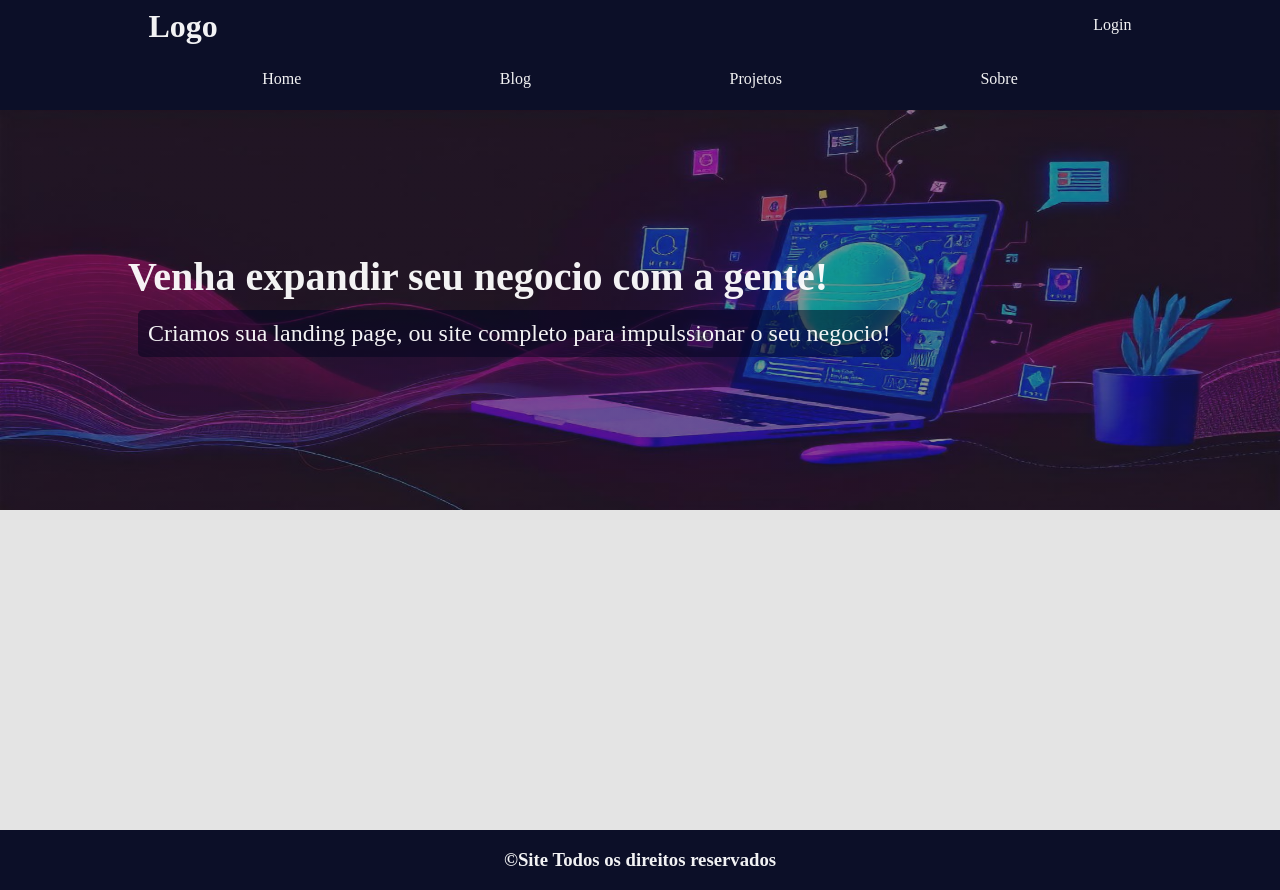
Repository: SauloMorais01/mysitefront-end
Page: index.html
These files come from the project's save history. The page is drawn as it stood at one moment and after the next save; the edit follows.
The browser window is 1280 px wide. The pictures show the whole page.
Some web libraries are served in a nearby version.

Above is the page before, as saved 2024-11-02 14:38:00.

### index.html
<!DOCTYPE html>
<html lang="pt-br">
<head>
    <meta charset="UTF-8">
    <meta name="viewport" content="width=device-width, initial-scale=1.0">
    <title>Titulo - status</title>
    <link rel="stylesheet" href="./src/css/style.css">
    <script src="./src/js/utils.js"></script>
    <script src="https://kit.fontawesome.com/0869671a59.js" crossorigin="anonymous"></script>
</head>
<body>
    <header class="primary-color hd-color-white">
        <div class="container">
            <div class="top-box flex">
                <div class="logo">
                    <a class="hd-color-white" href="/"><h1>Logo</h1></a>
                </div>
                <div class="login">
                    <a class="hd-color-white" href="/">Login</a>
                </div>
                <div class="hover-btn" id="hover-btn">
                    <i class="fa-solid fa-bars"></i>
                </div>
            </div>
        </div>
    </header>

    <section id="menu" class="sticky-top primary-color hd-color-white">
            <div class="container center">
                <a href="/">Home</a>
                <a href="./src/pages/blog.html">Blog</a>
                <a href="/">Projetos</a>
                <a href="/">Sobre</a>
            </div>
    </section>

    <section id="modal-mobile-menu" class="modal-mobile-menu hidden">
        <div class="container center">
            <div class="modal-div">
                <a class="hd-color-white" href="/">Home</a>
            </div>
            <div class="modal-div">
                <a class="hd-color-white" href="./src/pages/blog.html">Blog</a>
            </div>
           <div class="modal-div">
                <a class="hd-color-white" href="/">Projetos</a>
           </div>
            <div class="modal-div">
                <a class="hd-color-white" href="/">Sobre</a>
            </div>
        </div>
    </section>

    <main>
        <section class="info-top">
            <div class="container hd-color-white">
                <div class="info-top-top">
                    <h1>Venha expandir seu negocio com a gente!</h1>
                </div>
                <div class="info-top-p">
                    <p>Criamos sua landing page, ou site completo para impulssionar o seu negocio!</p>
                </div>
            </div>
        </section>

    </main>

    <footer class="primary-color center">
        <h3 class="hd-color-white">&copy;<strong>Site</strong> Todos os direitos reservados</h3>
    </footer>


    <script src="./src/js/main.js"></script>

    <script>
        app.update();
    </script>
</body>
</html>

### src/css/style.css
/* Primary configs */
:root {
    /* Colors */
    /* Bases */
    --primary-color: 234, 94%, 6%,;
    --secondary-color: 184, 86%, 66%,;
    --body-color: 0, 0%, 89%,;
    --white-color: 0, 0%, 100%,;
    --black-color: 0, 0%, 0%,;
    /* End Bases */

    /* Variations colors */
    --primary-color-normal: hsla(var(--primary-color) 0.95);
    --primary-color-medium: hsla(var(--primary-color) 0.5);
    --primary-color-light: hsla(var(--primary-color) 0.250);

    --secondary-color-normal: hsla(var(--secondary-color) 0.95);
    --secondary-color-medium: hsla(var(--secondary-color) 0.5);
    --secondary-color-light: hsla(var(--secondary-color) 0.250);

    --body-color-normal: hsla(var(--body-color) 0.95);
    --body-color-medium: hsla(var(--body-color) 0.5);
    --body-color-light: hsla(var(--body-color) 0.250);

    --black-color-normal: hsla(var(--black-color) 0.95);
    --black-color-medium: hsla(var(--black-color) 0.5);
    --black-color-light: hsla(var(--black-color) 0.250);

    --white-color-normal: hsla(var(--white-color) 0.95);
    --white-color-medium: hsla(var(--white-color) 0.5);
    --white-color-light: hsla(var(--white-color) 0.250);
    /* End variations colors */
    /* End Colors */

    /* Conf Sizes */
    --container-larger-l: 80%;
    --container-larger-m: 80%;
    --container-larger-s: 80%;
    --container-tablet: 90%;
    --container-small-d: 95%;
    --grid-width: 20%;
    --grid-height: 20%;
    /* End conf Sizes */
}

/* Global */
* {
    box-sizing: border-box;
    margin: 0;
    padding: 0;
}
/* End global */

/* pagina */
body {
    background: var(--body-color-normal);
}

a {
    list-style: none;
    text-decoration: none;
}


main {
    height: 100vh;
}

footer {
    height: 60px;
}

footer h3 {
    padding-top: 1.2rem;
}

.modal-mobile-menu {
    height: 90vh;
    width: 90vw;
    padding-top: 20px;
    /* background: var(--white-color-normal); */
    background-image: linear-gradient(180deg, #303657, #444963);
    position: absolute;
    top: 5%;
    right: 5%;
    z-index: 1000;
    border-radius: 10px;
    border: 5px solid var(--secondary-color-normal);
    display: flex;
    flex-direction: row;
    justify-content: space-between;
}

.modal-div {
    background: var(--primary-color-light);
    margin: 10px 2.5%;
    padding: 10px;
    border-radius: 5px;
}

.modal-mobile-menu a {
    font-family: Impact, Haettenschweiler, 'Arial Narrow Bold', sans-serif;
    position: relative;
}

.menuAnimation {
    animation-duration: 0.25s;
    animation-name: menuAnim;
}

.menuAnimationRev {
    animation-duration: 0.25s;
    animation-name: menuAnimReverse;
}

/* Animation */
@keyframes menuAnim {
    from {
        right: -100%;
      }

      to {
        right: 5%;
      }
}

@keyframes menuAnimReverse {
    from {
        right: 5%;
      }

      to {
        right: -100%;
      }
}

/* end pagina */

/* Utils */
.flex {
    display: flex;
}

.sticky-top {
    position: sticky;
    top: 0;
}

.center {
    text-align: center;
}

.right {
    text-align: right;
}

.left {
    text-align: left;
}

.grid-temp {
    width: var(--grid-width); height: var(--grid-height);
    display: grid;
    grid-template-columns: repeat(4, 1fr);
    grid-template-rows: repeat(4, 1fr);
}

.primary-color{
    background: var(--primary-color-normal);
}

.secondary-color{
    background: var(--secondary-color-normal);
}

.hd-color-black {
    color: var(--black-color-normal);
}

.hd-color-white {
    color: var(--white-color-normal);
}

.hidden {
    display: none;
}
/* End utils */



/* Responsividade */
@media (max-width: 575.99px) {
    .container {
        margin: 0 auto;
        width: var(--container-small-d);
    }

    header {
        height: 40px;
    }

    #menu {
        height: 40px;
        display:none;
    }

    #menu a {
        color: var(--white-color-normal);
        margin: 5px 2%;
        padding: 10px 5%;
    }

    #menu a:hover {
        background-color: var(--secondary-color-light);
        border-radius: 5px;
    }

    .hover-btn {
        position: absolute;
        right: 1rem;
        padding-top: 10px;
    }

    .hover-btn:hover {
        background: var(--primary-color-light);
        cursor: pointer;
    }

    .top-box {
        position: relative;
        padding-top: 2px;
    }

    .logo {
        position: absolute;
        left: 1%;
        font-size: 0.8rem;
    }

    .login {
        position: absolute;
        margin-top: 2px;
        right: 1%;
        display: none;
    }

    /* Main */
    .info-top{
        /* background: #4f0c6e; */
        height: 250px;
        background-image: linear-gradient(50deg, #2222227a, #2222227a), url(../img/freepik__generate-images-about-web-development__7459.jpeg);
        background-position: center;
        background-size: 100% 100%;
        display: flex;
        align-items: center;
        justify-content: center;
        /* background-repeat: no-repeat; */
    }

    .info-top h1 {
        font-size: 1.25rem;
    }

    .info-top p {
        text-align: center;
        font-size: 0.8rem;
        width: fit-content;
        font-size: 0.8rem;
        background: var(--primary-color-medium);
        border-radius: 5px;
        padding: 10px;
        font-family: Impact, Haettenschweiler, 'Arial Narrow Bold', sans-serif;
    }
}

@media (min-width: 576px) {
    .container {
        margin: 0 auto;
        width: var(--container-small-d);
    }

    header {
        height: 40px;
    }

    #menu {
        height: 40px;
        display:none;
    }

    #menu a {
        color: var(--white-color-normal);
        margin: 5px 2%;
        padding: 10px 5%;
    }

    #menu a:hover {
        background-color: var(--secondary-color-light);
        border-radius: 5px;
    }

    .top-box {
        position: relative;
        padding-top: 3px;
    }

    .logo {
        position: absolute;
        left: 1%;
        font-size: 0.8rem;
    }

    .login {
        position: absolute;
        margin-top: 3px;
        right: 1%;
        display: none;
    }

    .hover-btn {
        position: absolute;
        right: 1rem;
        padding-top: 10px;
    }

    .hover-btn:hover {
        background: var(--primary-color-light);
        cursor: pointer;
    }

    .top-box {
        position: relative;
        padding-top: 2px;
    }

    /* Main */
    .info-top{
        /* background: #4f0c6e; */
        height: 250px;
        background-image: linear-gradient(50deg, #2222227a, #2222227a), url(../img/freepik__generate-images-about-web-development__7459.jpeg);
        background-position: center;
        background-size: 100% 100%;
        display: flex;
        align-items: center;
        justify-content: center;
        /* background-repeat: no-repeat; */
    }

    .info-top h1 {
        font-size: 1.25rem;
    }

    .info-top p {
        text-align: center;
        width: fit-content;
        font-size: 0.8rem;
        background: var(--primary-color-medium);
        border-radius: 5px;
        padding: 10px;
    }
}

/* Medium devices (tablets, 768px and up) */
@media (min-width: 768px) {
    .container {
        margin: 0 auto;
        width: var(--container-tablet);
    }

    header {
        height: 50px;
    }

    #menu {
        height: 40px;
        display:none;
    }

    #menu a {
        color: var(--white-color-normal);
        margin: 5px 3%;
        padding: 10px 5%;
    }

    #menu a:hover {
        background-color: var(--secondary-color-light);
        border-radius: 5px;
    }

    .top-box {
        position: relative;
        padding-top: 6px;
    }

    .logo {
        position: absolute;
        left: 2%;
        font-size: 1rem;
    }

    .login {
        position: absolute;
        margin-top: 6px;
        right: 2%;
        display: none;
    }

    .hover-btn {
        position: absolute;
        right: 1rem;
        padding-top: 10px;
    }

    .hover-btn:hover {
        background: var(--primary-color-light);
        cursor: pointer;
    }

    .top-box {
        position: relative;
        padding-top: 2px;
    }

    /* Main */
    .info-top{
        /* background: #4f0c6e; */
        height: 300px;
        background-image: linear-gradient(50deg, #2222227a, #2222227a), url(../img/freepik__generate-images-about-web-development__7459.jpeg);
        background-position: center;
        background-size: 100% 100%;
        display: flex;
        align-items: center;
        justify-content: center;
        /* background-repeat: no-repeat; */
    }

    .info-top h1 {
        font-size: 1.5rem;
    }

    .info-top p {
        margin: 10px;
        font-size: 1.0rem;
    }
}

/* Large devices (desktops, 992px and up) */
@media (min-width: 992px) {
    .container {
        margin: 0 auto;
        width: var(--container-larger-s);
    }

    header {
        height: 60px;
    }

    #menu {
        height: 40px;
        display: block;
    }

    #menu a {
        color: var(--white-color-normal);
        margin: 5px 4%;
        padding: 10px 5%;
    }

    #menu a:hover {
        background-color: var(--secondary-color-light);
        border-radius: 5px;
    }

    .top-box {
        position: relative;
        padding-top: 8px;
    }

    .logo {
        position: absolute;
        left: 2%;
    }

    .login {
        position: absolute;
        margin-top: 8px;
        right: 2%;
        display: block;
    }

    .hover-btn {
        position: absolute;
        right: 1rem;
        padding-top: 10px;
        display: none;
        padding: 10px;
    }

    .hover-btn:hover {
        background: var(--primary-color-light);
        cursor: pointer;
    }


    /* Main */
    .info-top{
        /* background: #4f0c6e; */
        height: 350px;
        background-image: linear-gradient(50deg, #2222227a, #2222227a), url(../img/freepik__generate-images-about-web-development__7459.jpeg);
        background-position: center;
        background-size: 100% 100%;
        display: flex;
        align-items: center;
        justify-content: center;
        /* background-repeat: no-repeat; */
    }

    .info-top h1 {
        font-size: 2.0rem;
    }

    .info-top p {
        font-size: 1.0rem;
    }
}

/* X-Large devices (large desktops, 1200px and up) */
@media (min-width: 1200px) {
    .container {
        margin: 0 auto;
        width: var(--container-larger-m);
    }

    header {
        height: 70px;
    }

    #menu {
        height: 40px;
        display: block;
    }

    #menu a {
        color: var(--white-color-normal);
        margin: 5px 4.5%;
        padding: 10px 5%;
    }

    #menu a:hover {
        background-color: var(--secondary-color-light);
        border-radius: 5px;
    }

    .top-box {
        position: relative;
        padding-top: 8px;
    }

    .logo {
        position: absolute;
        left: 2%;
    }

    .login {
        position: absolute;
        margin-top: 8px;
        right: 2%;
    }

    /* Main */
    .info-top{
        /* background: #4f0c6e; */
        height: 400px;
        background-image: linear-gradient(50deg, #2222227a, #2222227a), url(../img/freepik__generate-images-about-web-development__7459.jpeg);
        background-position: center;
        background-size: 100% 100%;
        display: flex;
        align-items: center;
        justify-content: center;
        /* background-repeat: no-repeat; */
    }

    .info-top h1 {
        font-size: 2.5rem;
    }

    .info-top p {
        font-size: 1.5rem;
    }
}

/* XX-Large devices (larger desktops, 1400px and up) */
@media (min-width: 1400px) {
    .container {
        margin: 0 auto;
        width: var(--container-larger-l);
    }

    header {
        height: 75px;
    }

    #menu {
        height: 40px;
        display: block;
    }

    #menu a {
        color: var(--white-color-normal);
        margin: 5px 5%;
        padding: 10px 5%;
        font-family: 'Trebuchet MS', 'Lucida Sans Unicode', 'Lucida Grande', 'Lucida Sans', Arial, sans-serif;
        font-weight: bold;
    }

    #menu a:hover {
        background-color: var(--secondary-color-light);
        border-radius: 5px;
    }

    .top-box {
        position: relative;
        padding-top: 10px;
    }

    .logo {
        position: absolute;
        left: 2%;
    }

    .login {
        position: absolute;
        margin-top: 10px;
        right: 2%;
    }

    /* Main */
    .info-top{
        /* background: #4f0c6e; */
        height: 400px;
        background-image: linear-gradient(50deg, #2222227a, #2222227a), url(../img/freepik__generate-images-about-web-development__7459.jpeg);
        background-position: center;
        background-size: 100% 100%;
        display: flex;
        align-items: center;
        justify-content: center;
        /* background-repeat: no-repeat; */
    }

    .info-top h1 {
        font-size: 2.5rem;
        font-family: monospace;
    }

    .info-top p {
        font-size: 1.5rem;
        font-family: Impact, Haettenschweiler, 'Arial Narrow Bold', sans-serif;
    }
}
/* End responsividade */

### src/js/utils.js
class MenuController {
    /**
     * @param {HTMLElement} btnMenu
     * @param {HTMLElement} menuHover
     */
    constructor(btnMenu, menuHover) {
        this.btnMenuRoot = btnMenu
        this.menuHoverRoot = menuHover;
    }

    /**
     * @returns {HTMLElement} menuHover
     */
    get menuHoverRoot() {
        return this._menuHover
    }

    /**
     * @param {HTMLElement} root
     */
    set menuHoverRoot(root) {
        return this._menuHover = root;
    }

    /**
     * @returns {HTMLElement} btnMenu
     */
    get btnMenuRoot() {
        return this._btnMenu
    }

    /**
     * @param {HTMLElement} root
     */
    set btnMenuRoot(root) {
        return this._btnMenu = root;
    }

    /**
     * @returns {void}
     */
    showMenu() {
        this.btnMenuRoot.onclick = () => {
            if(this.menuHoverRoot.classList.contains('hidden')) {
                this.menuHoverRoot.classList.remove('hidden');
                this.menuHoverRoot.classList.add('menuAnimation');
                this.menuHoverRoot.classList.remove('menuAnimationRev');
            } else {
                this.menuHoverRoot.classList.remove('menuAnimation');
                this.menuHoverRoot.classList.add('menuAnimationRev');
                return setTimeout(() => {
                    this.menuHoverRoot.classList.add(`hidden`);
                }, 235);
            }
            clearTimeout(this);
        }
    }
}

### src/js/main.js
class Main {
    constructor() {
        this.btnMenu = document.getElementById('hover-btn');
        this.hoverMenu = document.getElementById('modal-mobile-menu');
        this.menuController = new MenuController(this.btnMenu, this.hoverMenu);
    }

    /**
     * @param {HTMLElement} root
     */
    set btnMenu(root) {
        return this._menuBtn = root;
    }

    /**
     * @returns {HTMLElement} btnMenu
     */
    get btnMenu() {
        return this._menuBtn
    }

    /**
     * @param {HTMLElement} root
     */
    set hoverMenu(root) {
        return this._hoverMenu = root;
    }

    /**
     * @returns {HTMLElement} hoverMenu
     */
    get hoverMenu() {
        return this._hoverMenu
    }


    update() {
        this.menuController.showMenu();
    }
}


const app = new Main();

After the next save:
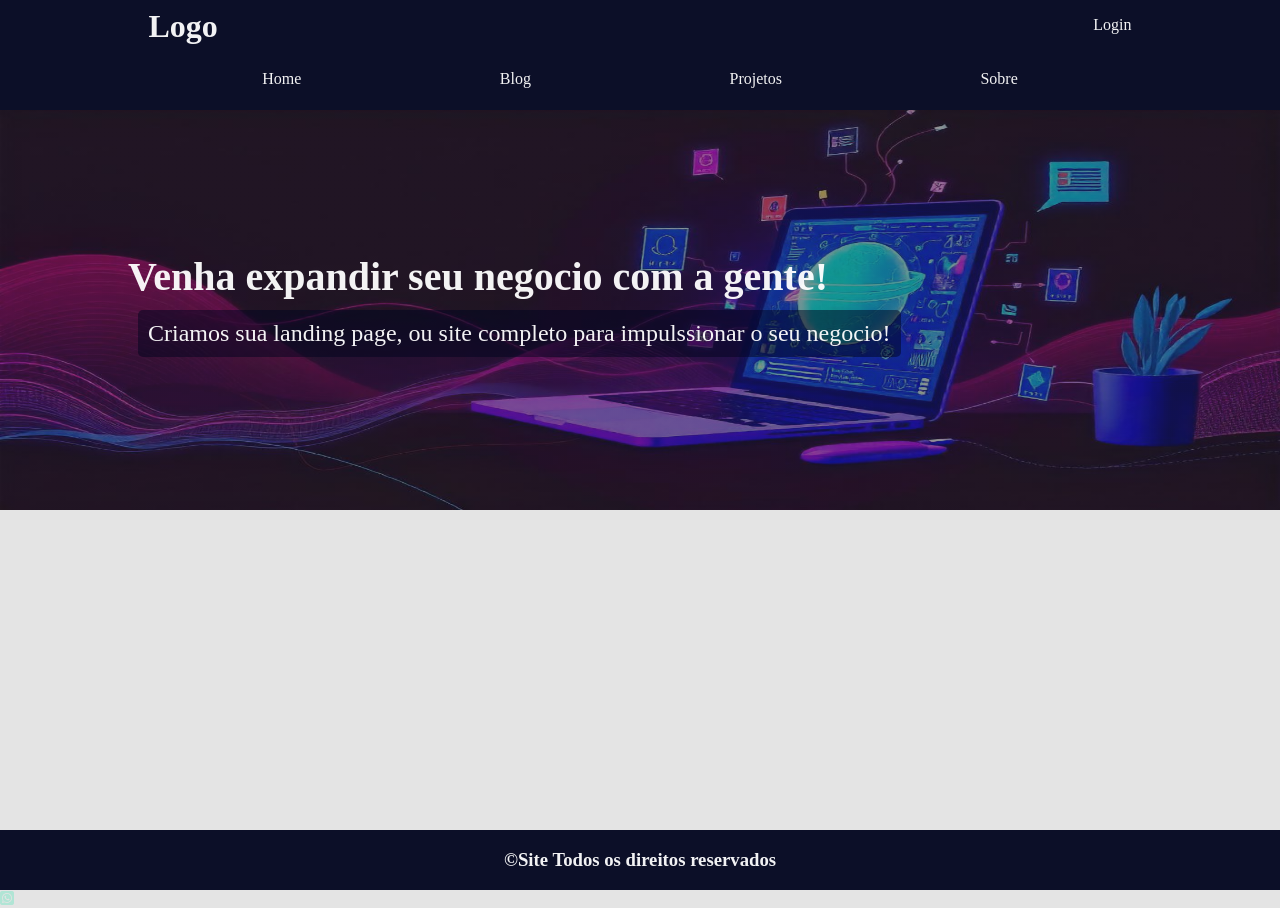
Saved 3 h 40 min later.
--- a/index.html
+++ b/index.html
@@ -75,5 +75,9 @@
     <script>
         app.update();
     </script>
+
+    <div class="whatsapp-icon">
+        <i class="fa-brands fa-square-whatsapp fa-beat-fade" style="color: #63E6BE;"></i>
+    </div>
 </body>
 </html>
